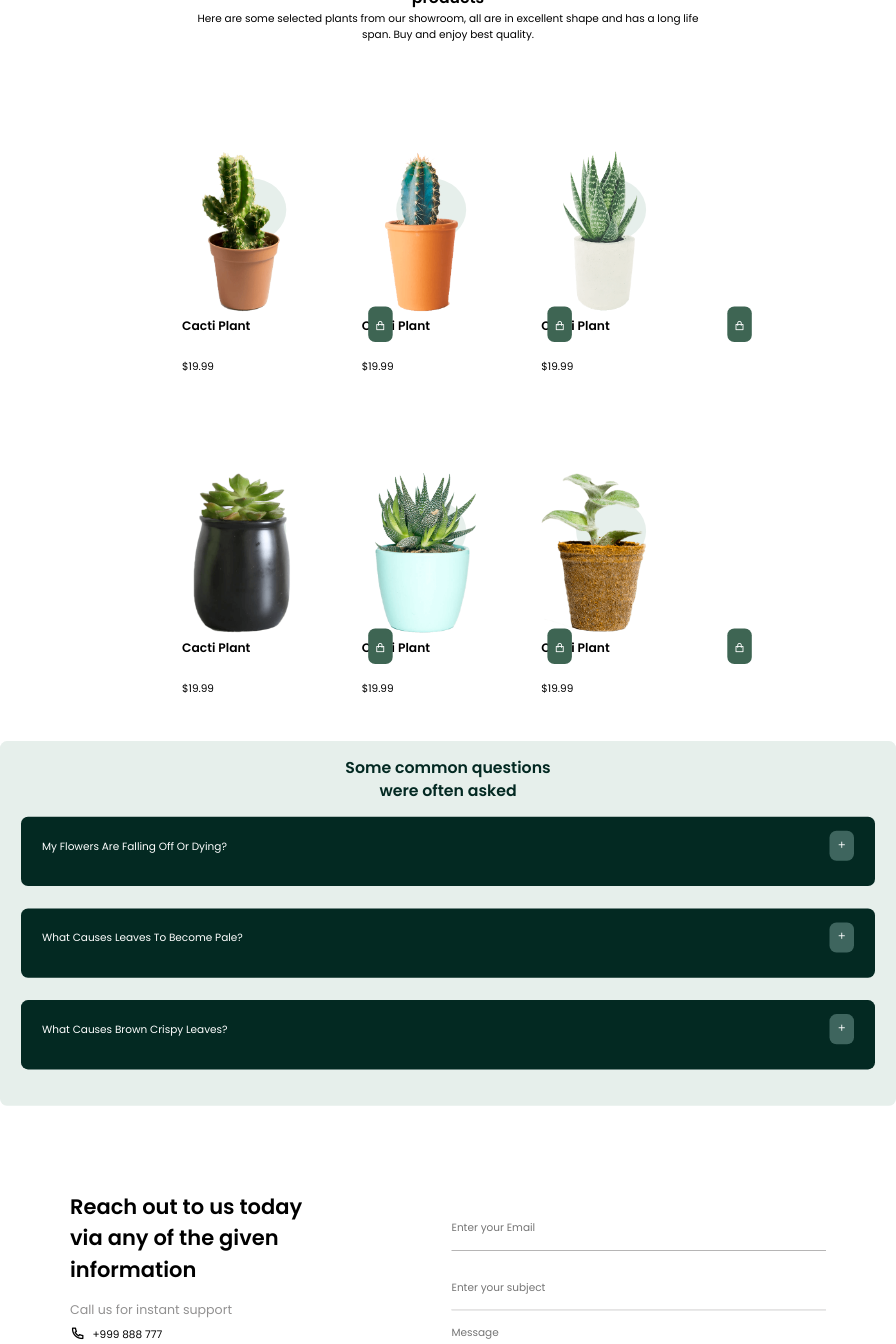
Repository: OmniaRafat232111121/plantwebsite
Page: index.html
These files come from the project's save history. The page is drawn as it stood at one moment and after a run of saves; the edit follows.
The browser window is 1280 px wide. The pictures show the part of the page from y = 1764 to 3684 px (the page is 4285 px tall before and 4245 px after), at 70% of full size.

Above is the page before, as saved 2023-01-05 17:01:40.

After the next 2 saves:
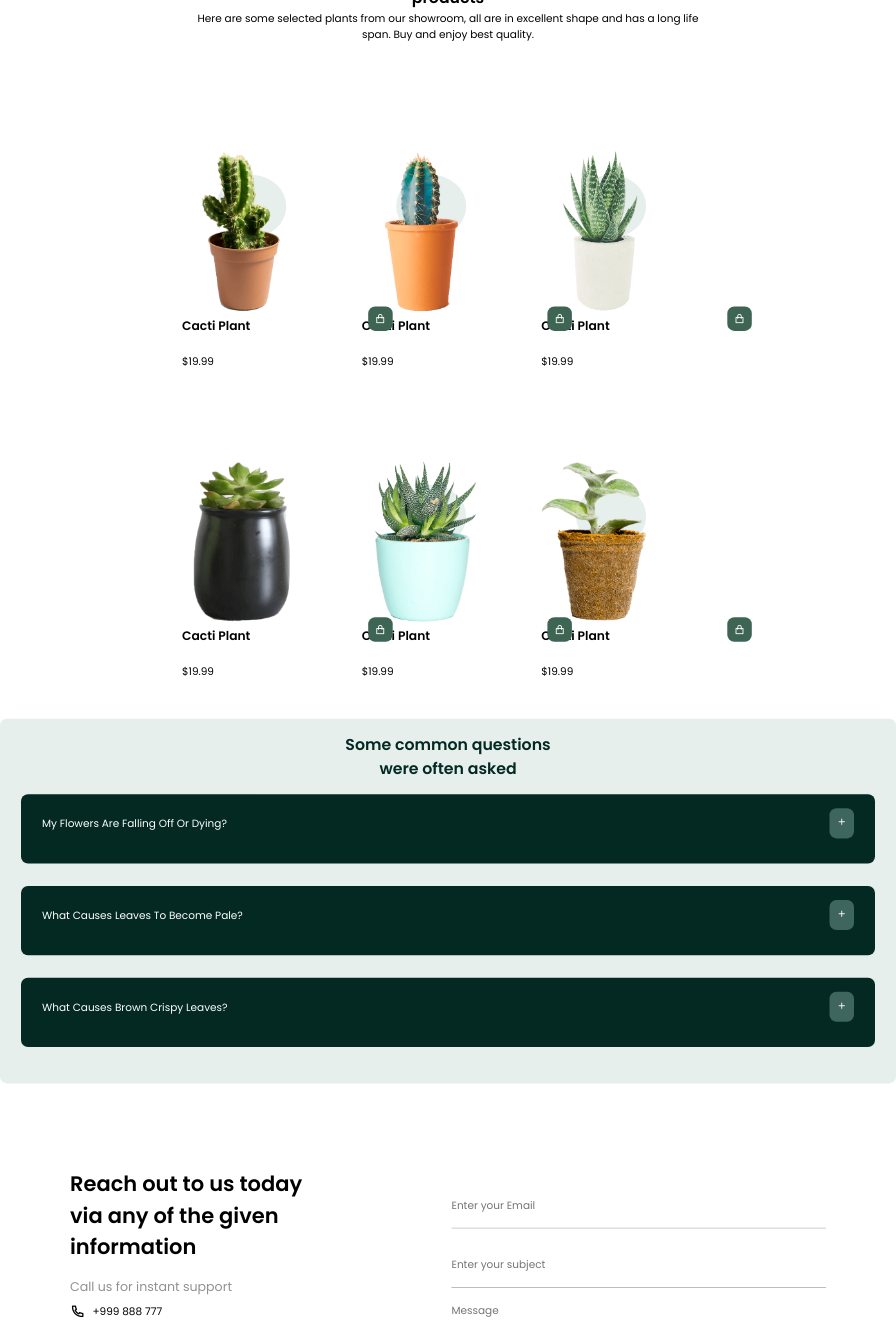
The 2 saves are shown as one change because they came seconds apart.
The last was saved 8 s later.
--- a/assets/css/styles.css
+++ b/assets/css/styles.css
@@ -751,10 +751,10 @@ margin-top: 40px;
   color:#fff;
   border-radius: 10px;
 }
-.box button i{
+.box button {
   display:inline-flex;
   column-gap: 10px;
-  margin-top: 10px;
+
 }
 .box-images{
   display: block;
